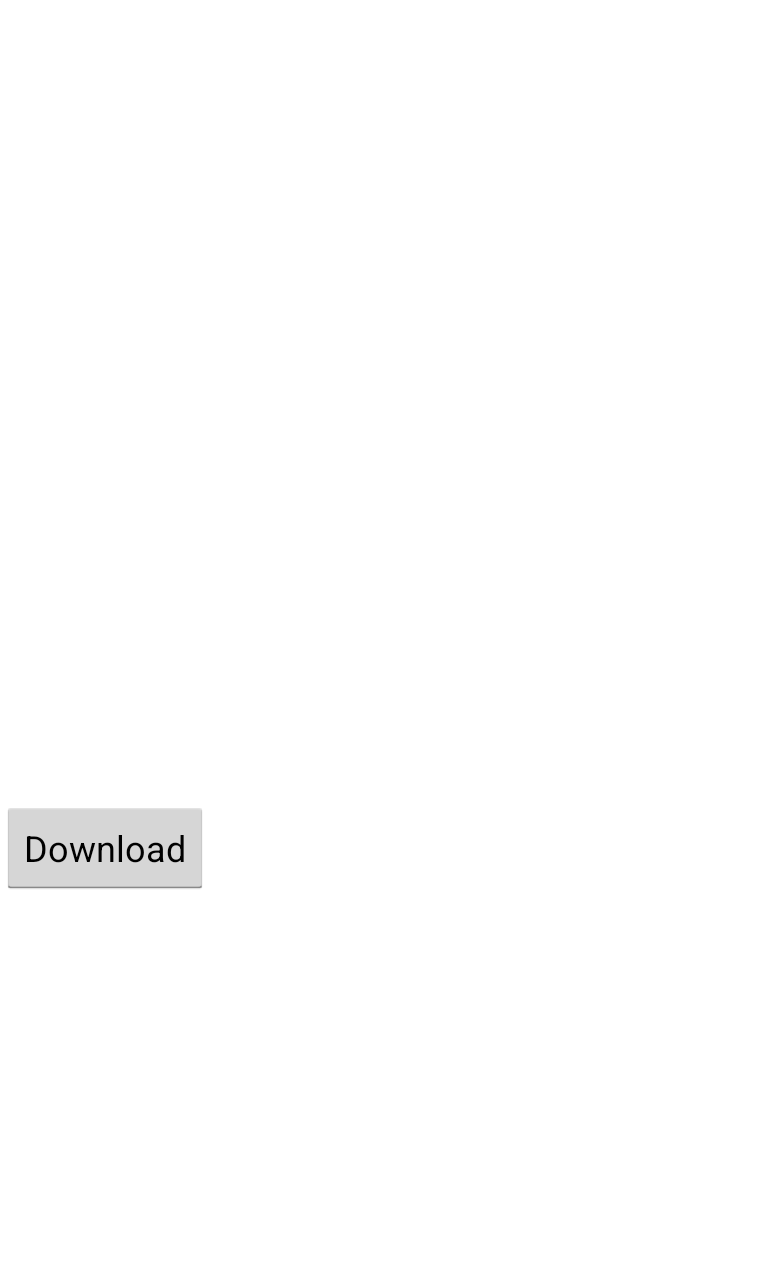
Repository: Liu-D-Henrry/Android
Layout: DemoAsyncTask/res/layout/async_task_test.xml
An editor plug-in stored every save of this project. The layout is shown before and after the next save, followed by the edit.
It is drawn on a 768 x 1280 px phone screen (xhdpi) without system bars, with theme AppTheme; the app's code is not run.

Above is the layout before, as saved 2013-08-29 02:42:58.

### DemoAsyncTask/res/layout/async_task_test.xml
<?xml version="1.0" encoding="utf-8"?>
<LinearLayout xmlns:android="http://schemas.android.com/apk/res/android"
    android:layout_width="match_parent"
    android:layout_height="match_parent"
    android:orientation="vertical" >

    <ScrollView
        android:layout_width="match_parent"
        android:layout_height="400dp" >

    	<TextView
        	android:id="@+id/content"
        	android:layout_width="match_parent"
        	android:layout_height="wrap_content" />

    </ScrollView>

    <Button
        android:id="@+id/download"
        android:layout_width="wrap_content"
        android:layout_height="wrap_content"
        android:text="@string/button" />

</LinearLayout>

### DemoAsyncTask/res/values/strings.xml
<?xml version="1.0" encoding="utf-8"?>
<resources>

    <string name="app_name">DemoAsyncTask</string>
    <string name="action_settings">Settings</string>
    <string name="hello_world">Hello world!</string>

    <string name="button">Download</string>

</resources>

Loaded but not shown: DemoAsyncTask/res/values/styles.xml (common file); DemoAsyncTask/res/values-v11/styles.xml (common file); DemoAsyncTask/res/values-v14/styles.xml (common file)

After the next save:
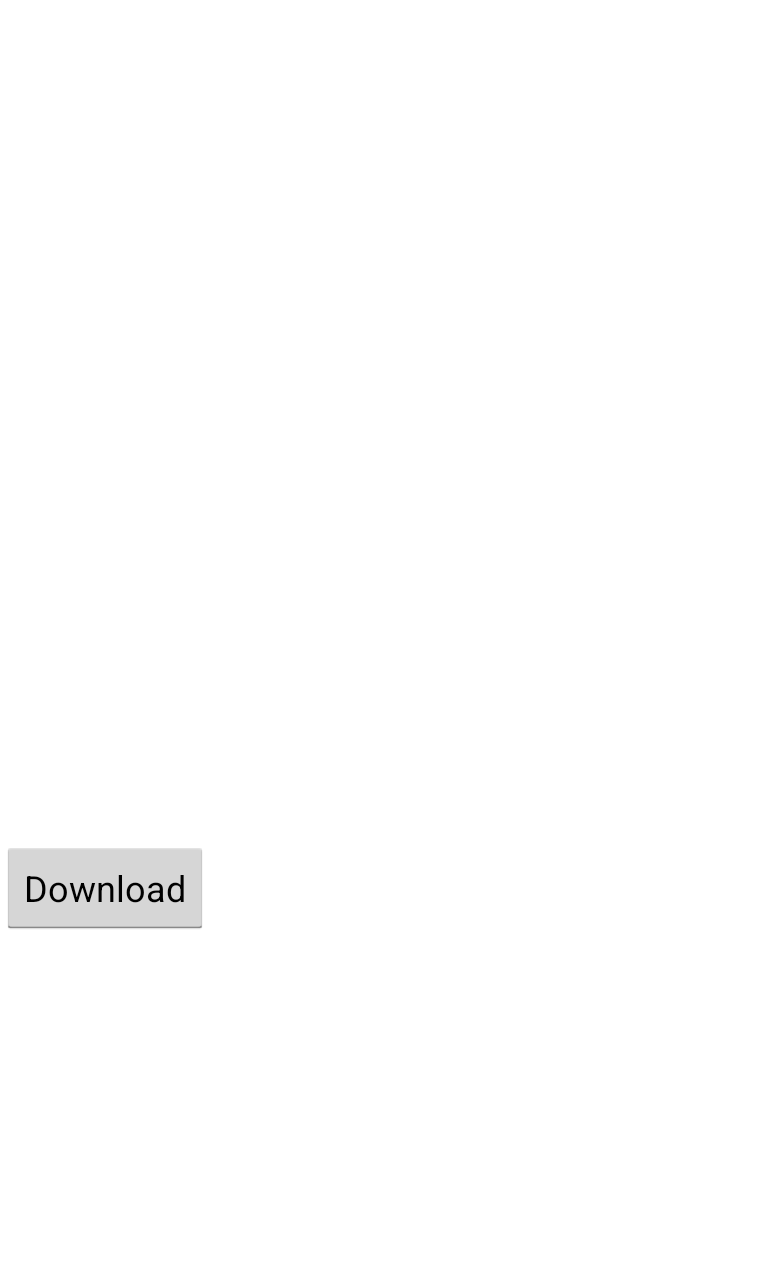
Saved 44 s later.
--- a/DemoAsyncTask/res/layout/async_task_test.xml
+++ b/DemoAsyncTask/res/layout/async_task_test.xml
@@ -6,7 +6,8 @@
 
     <ScrollView
         android:layout_width="match_parent"
-        android:layout_height="400dp" >
+        android:layout_height="400dp"
+        android:layout_marginTop="10dp" >
 
     	<TextView
         	android:id="@+id/content"
@@ -19,6 +20,7 @@
         android:id="@+id/download"
         android:layout_width="wrap_content"
         android:layout_height="wrap_content"
+        android:layout_marginTop="10dp"
         android:text="@string/button" />
 
 </LinearLayout>
